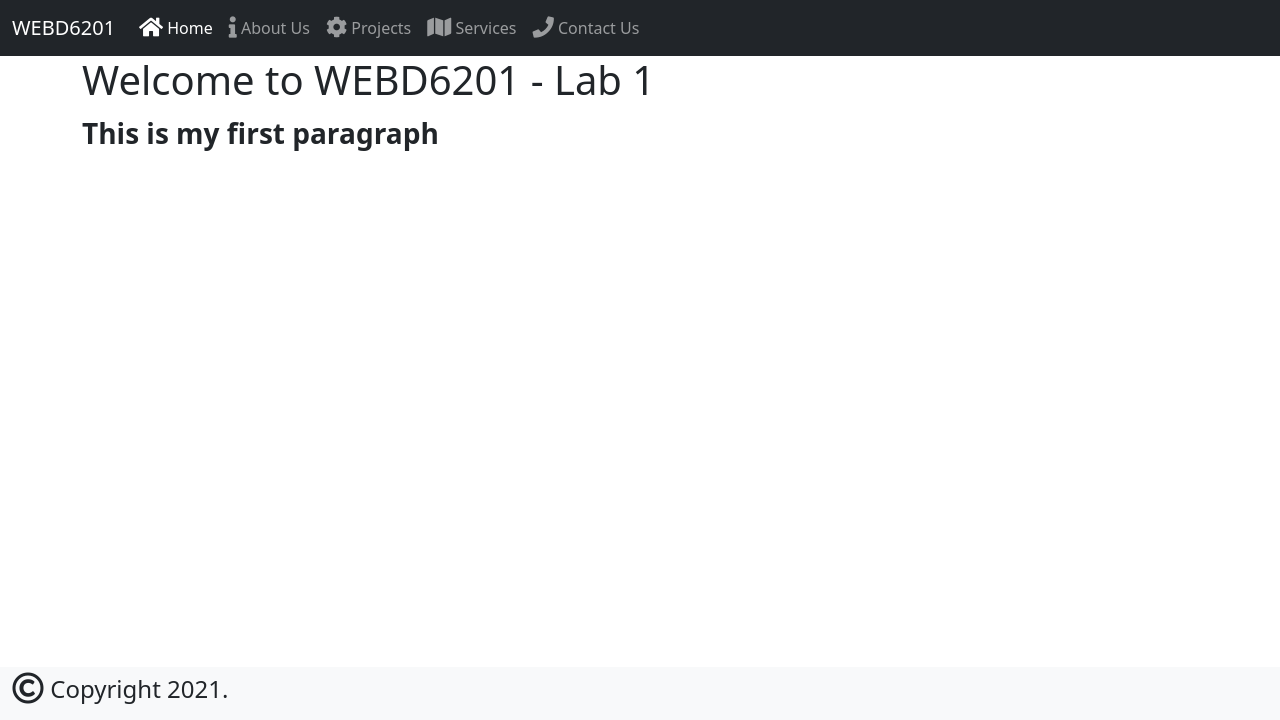
Repository: aphim/Webd6201-wk3
Page: services.html
These files come from the project's save history. The page is drawn as it stood at one moment and after the next save; the edit follows.
The browser window is 1280 px wide. The pictures show the whole page.

Above is the page before, as saved 2021-01-21 08:50:35.

After the next save:
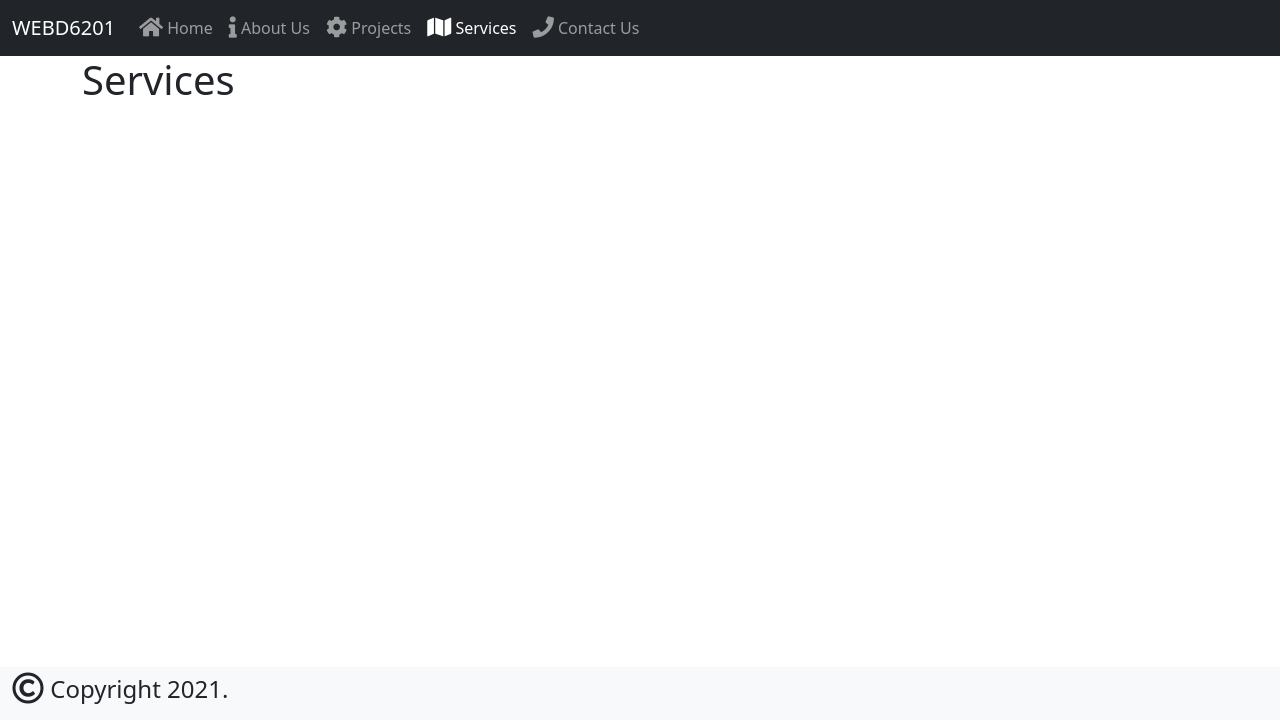
Console error: TypeError: Cannot set properties of null (setting 'textContent')
Saved 32 s later.
--- a/services.html
+++ b/services.html
@@ -3,7 +3,7 @@
 <head>
     <meta charset="UTF-8">
     <meta name="viewport" content="width=device-width, initial-scale=1.0">
-    <title>Home</title>
+    <title>Services</title>
     <!-- CSS Section -->
     <link rel="stylesheet" href="./node_modules/bootstrap/dist/css/bootstrap.min.css">
     <link rel="stylesheet" href="./node_modules/@fortawesome/fontawesome-free/css/all.min.css">
@@ -22,7 +22,7 @@
               <div class="collapse navbar-collapse" id="navbarSupportedContent">
                 <ul class="navbar-nav me-auto mb-2 mb-lg-0">
                   <li class="nav-item">
-                    <a class="nav-link active" aria-current="page" href="index.html"><i class="fas fa-home fa-lg"></i> Home</a>
+                    <a class="nav-link" aria-current="page" href="index.html"><i class="fas fa-home fa-lg"></i> Home</a>
                   </li>
 
                   <li class="nav-item">
@@ -34,7 +34,7 @@
                   </li>
 
                   <li class="nav-item">
-                    <a class="nav-link" aria-current="page" href="services.html"><i class="fas fa-map fa-lg"></i> Services</a>
+                    <a class="nav-link active" aria-current="page" href="services.html"><i class="fas fa-map fa-lg"></i> Services</a>
                   </li>
 
                   <li class="nav-item">
@@ -48,8 +48,7 @@
 
 <!--Main Content-->
     <main class="container">
-        <h1>Welcome to WEBD 6201</h1>
-        <p id="paragraphOne"></p>
+        <h1>Services</h1>
     </main>
 
     <!-- Main footer-->
